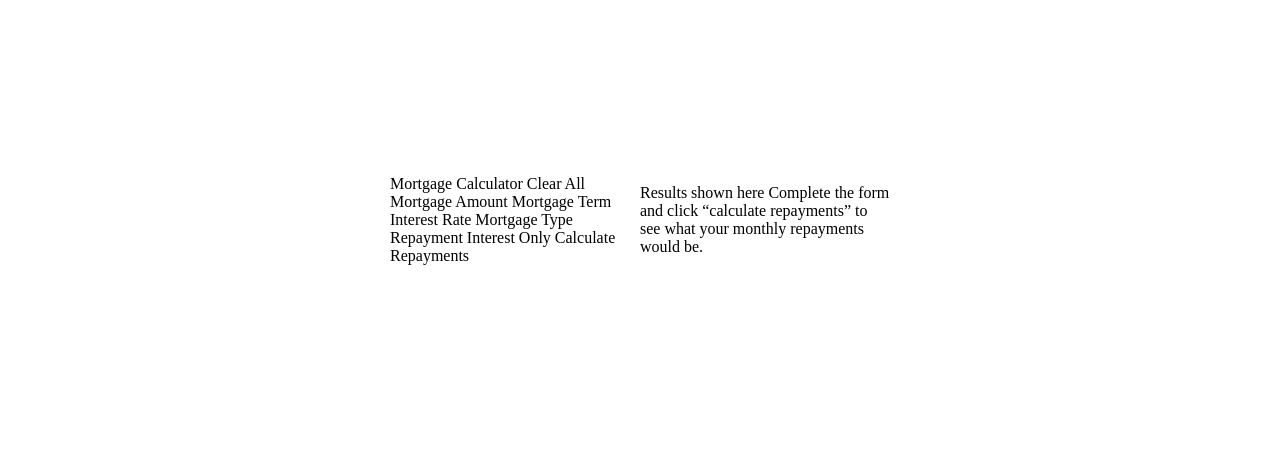
Repository: GravielPV/Mortgage-repayment-calculator
Page: index.html
The author's editor kept a copy of each file at every save. The page is drawn from the files as they stood at one save, then again after a run of saves.
The browser window is 1280 px wide. The pictures show the whole page.

Above is the page before, as saved 2025-12-11 16:45:34.

After the next 2 saves:
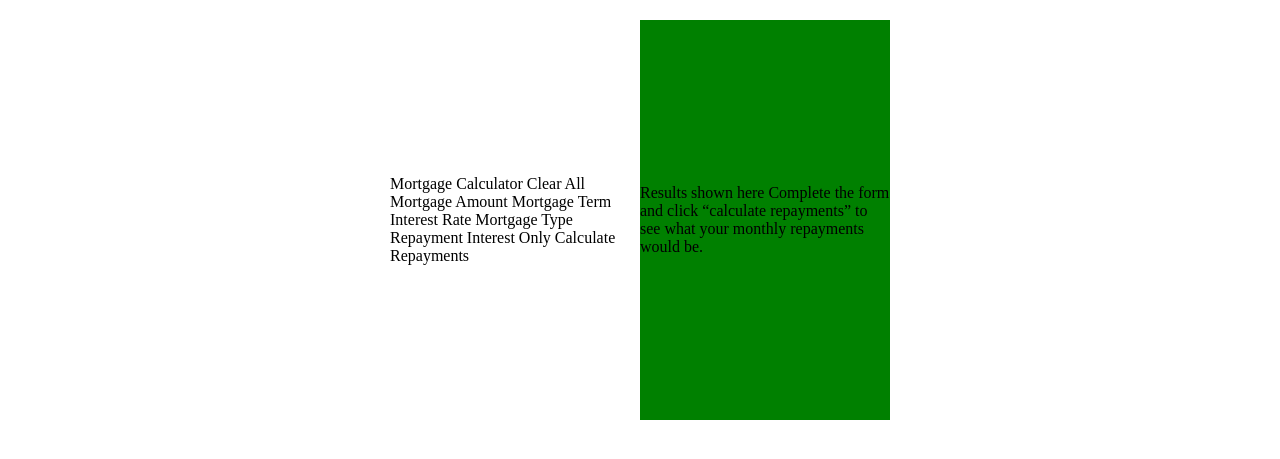
The 2 saves are shown as one change because they came seconds apart.
The last was saved 5 s later.
--- a/styles.css
+++ b/styles.css
@@ -21,7 +21,7 @@ display: flex;
 
 .derecho{
 
-    background-color: ;
+    background-color: green;
 }
 
 .resultado{
